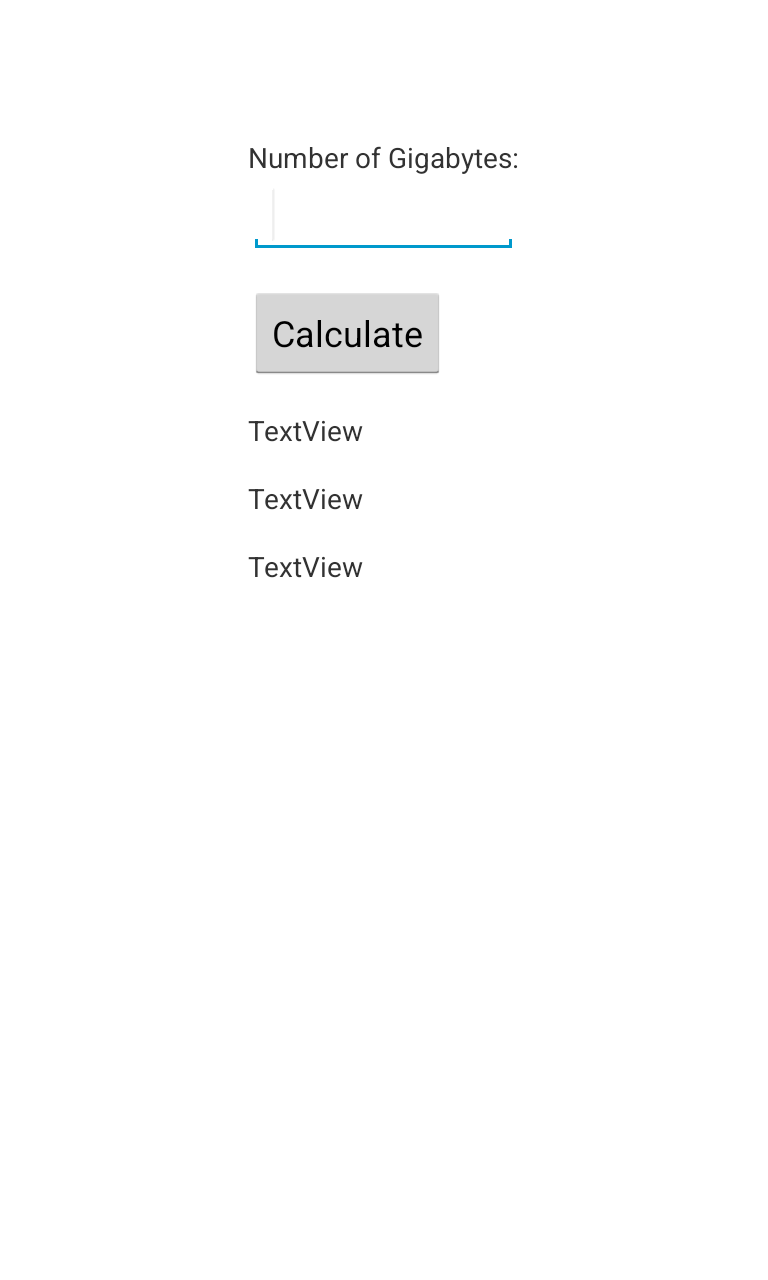
Repository: laurenelder/Java1-Project1
Layout: LinearLayoutProject/res/layout/fragment_main.xml
These files come from the project's save history. The layout is drawn as it stood at one moment and after the next save; the edit follows.
It is drawn on a 768 x 1280 px phone screen (xhdpi) without system bars, with theme AppTheme; the app's code is not run.

Above is the layout before, as saved 2014-05-09 19:21:52.

After the next save:
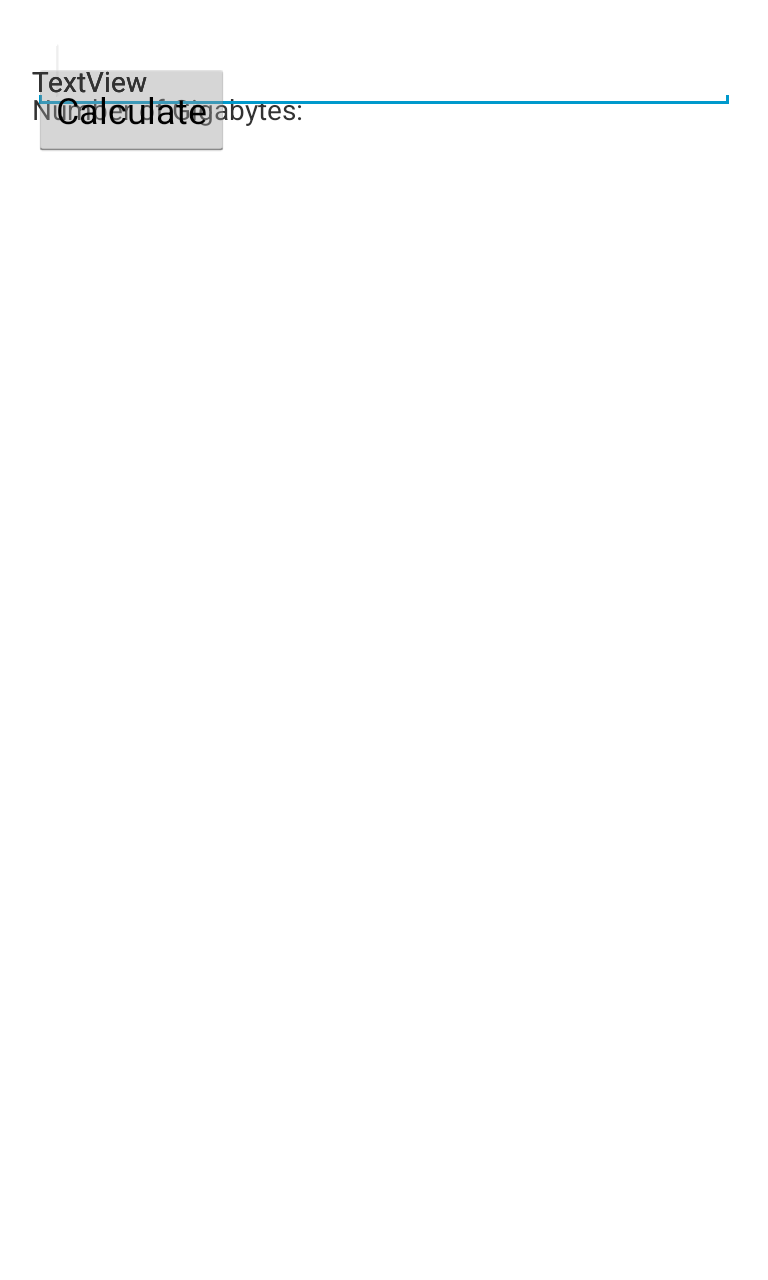
Saved 5 min 6 s later.
--- a/LinearLayoutProject/res/layout/fragment_main.xml
+++ b/LinearLayoutProject/res/layout/fragment_main.xml
@@ -8,57 +8,48 @@
     android:paddingTop="@dimen/activity_vertical_margin"
     tools:context="com.elderDevin.linearlayoutproject.MainActivity$PlaceholderFragment" >
 
-    <LinearLayout
+    <TextView
+        android:id="@+id/textView1"
         android:layout_width="wrap_content"
         android:layout_height="wrap_content"
-        android:layout_alignParentTop="true"
-        android:layout_centerHorizontal="true"
-        android:layout_marginTop="24dp"
-        android:orientation="vertical" >
+        android:layout_marginTop="29dp"
+        android:text="@string/textfield_title" />
 
-        <TextView
-            android:id="@+id/textView1"
-            android:layout_width="wrap_content"
-            android:layout_height="wrap_content"
-            android:layout_marginTop="29dp"
-            android:text="@string/textfield_title" />
+    <EditText
+        android:id="@+id/numInput"
+        android:layout_width="match_parent"
+        android:layout_height="wrap_content"
+        android:inputType="numberSigned" >
 
-        <EditText
-            android:id="@+id/numInput"
-            android:layout_width="match_parent"
-            android:layout_height="wrap_content"
-            android:inputType="numberSigned" >
+        <requestFocus />
+    </EditText>
 
-            <requestFocus />
-        </EditText>
+    <Button
+        android:id="@+id/calculateBtn"
+        android:layout_width="wrap_content"
+        android:layout_height="wrap_content"
+        android:layout_marginTop="15dp"
+        android:text="@string/button_text" />
 
-        <Button
-            android:id="@+id/calculateBtn"
-            android:layout_width="wrap_content"
-            android:layout_height="wrap_content"
-            android:layout_marginTop="15dp"
-            android:text="@string/button_text" />
+    <TextView
+        android:id="@+id/byteView"
+        android:layout_width="wrap_content"
+        android:layout_height="wrap_content"
+        android:layout_marginTop="15dp"
+        android:text="TextView" />
 
-        <TextView
-            android:id="@+id/byteView"
-            android:layout_width="wrap_content"
-            android:layout_height="wrap_content"
-            android:layout_marginTop="15dp"
-            android:text="TextView" />
+    <TextView
+        android:id="@+id/kByteView"
+        android:layout_width="wrap_content"
+        android:layout_height="wrap_content"
+        android:layout_marginTop="15dp"
+        android:text="TextView" />
 
-        <TextView
-            android:id="@+id/kByteView"
-            android:layout_width="wrap_content"
-            android:layout_height="wrap_content"
-            android:layout_marginTop="15dp"
-            android:text="TextView" />
-
-        <TextView
-            android:id="@+id/mByteView"
-            android:layout_width="wrap_content"
-            android:layout_height="wrap_content"
-            android:layout_marginTop="15dp"
-            android:text="TextView" />
-    </LinearLayout>
+    <TextView
+        android:id="@+id/mByteView"
+        android:layout_width="wrap_content"
+        android:layout_height="wrap_content"
+        android:layout_marginTop="15dp"
+        android:text="TextView" />
 
 </RelativeLayout>

After the save that followed:
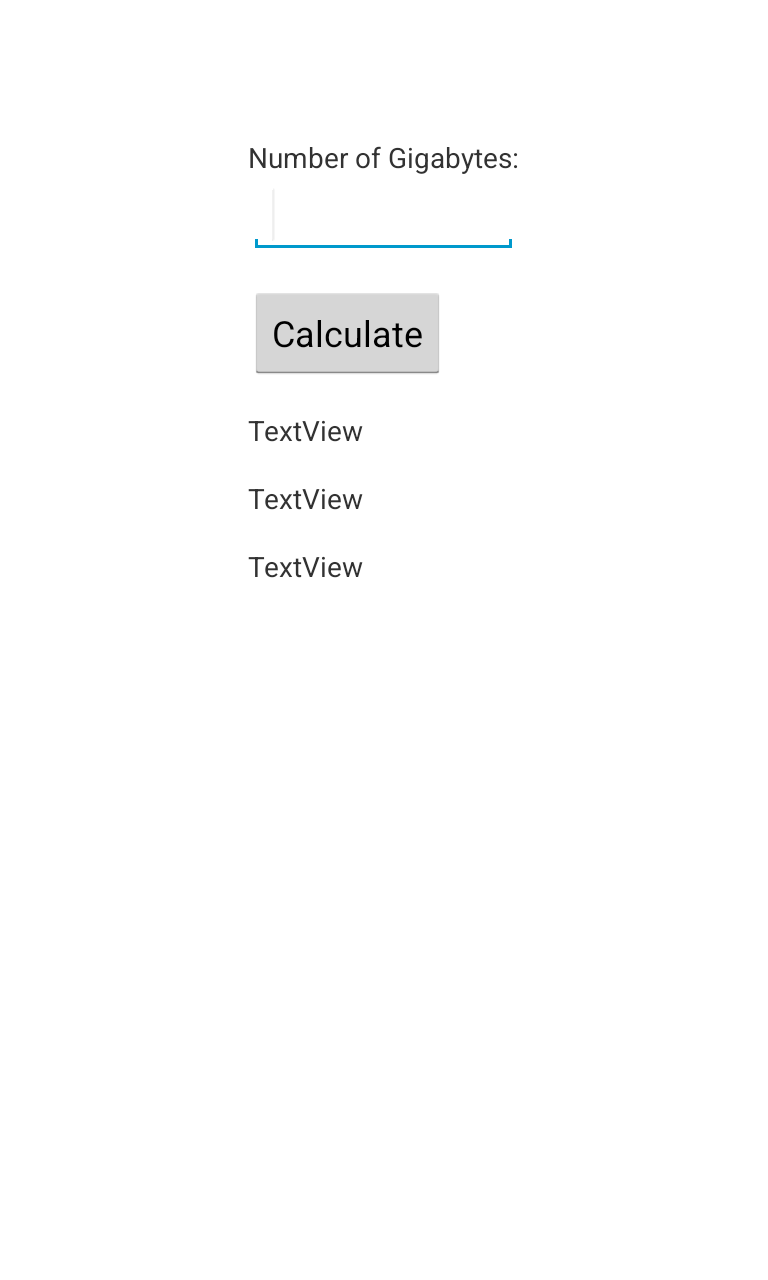
Saved 16 s later.
--- a/LinearLayoutProject/res/layout/fragment_main.xml
+++ b/LinearLayoutProject/res/layout/fragment_main.xml
@@ -8,48 +8,57 @@
     android:paddingTop="@dimen/activity_vertical_margin"
     tools:context="com.elderDevin.linearlayoutproject.MainActivity$PlaceholderFragment" >
 
-    <TextView
-        android:id="@+id/textView1"
+    <LinearLayout
         android:layout_width="wrap_content"
         android:layout_height="wrap_content"
-        android:layout_marginTop="29dp"
-        android:text="@string/textfield_title" />
+        android:layout_alignParentTop="true"
+        android:layout_centerHorizontal="true"
+        android:layout_marginTop="24dp"
+        android:orientation="vertical" >
 
-    <EditText
-        android:id="@+id/numInput"
-        android:layout_width="match_parent"
-        android:layout_height="wrap_content"
-        android:inputType="numberSigned" >
+        <TextView
+            android:id="@+id/textView1"
+            android:layout_width="wrap_content"
+            android:layout_height="wrap_content"
+            android:layout_marginTop="29dp"
+            android:text="@string/textfield_title" />
 
-        <requestFocus />
-    </EditText>
+        <EditText
+            android:id="@+id/numInput"
+            android:layout_width="match_parent"
+            android:layout_height="wrap_content"
+            android:inputType="numberSigned" >
 
-    <Button
-        android:id="@+id/calculateBtn"
-        android:layout_width="wrap_content"
-        android:layout_height="wrap_content"
-        android:layout_marginTop="15dp"
-        android:text="@string/button_text" />
+            <requestFocus />
+        </EditText>
 
-    <TextView
-        android:id="@+id/byteView"
-        android:layout_width="wrap_content"
-        android:layout_height="wrap_content"
-        android:layout_marginTop="15dp"
-        android:text="TextView" />
+        <Button
+            android:id="@+id/calculateBtn"
+            android:layout_width="wrap_content"
+            android:layout_height="wrap_content"
+            android:layout_marginTop="15dp"
+            android:text="@string/button_text" />
 
-    <TextView
-        android:id="@+id/kByteView"
-        android:layout_width="wrap_content"
-        android:layout_height="wrap_content"
-        android:layout_marginTop="15dp"
-        android:text="TextView" />
+        <TextView
+            android:id="@+id/byteView"
+            android:layout_width="wrap_content"
+            android:layout_height="wrap_content"
+            android:layout_marginTop="15dp"
+            android:text="TextView" />
 
-    <TextView
-        android:id="@+id/mByteView"
-        android:layout_width="wrap_content"
-        android:layout_height="wrap_content"
-        android:layout_marginTop="15dp"
-        android:text="TextView" />
+        <TextView
+            android:id="@+id/kByteView"
+            android:layout_width="wrap_content"
+            android:layout_height="wrap_content"
+            android:layout_marginTop="15dp"
+            android:text="TextView" />
+
+        <TextView
+            android:id="@+id/mByteView"
+            android:layout_width="wrap_content"
+            android:layout_height="wrap_content"
+            android:layout_marginTop="15dp"
+            android:text="TextView" />
+    </LinearLayout>
 
 </RelativeLayout>
